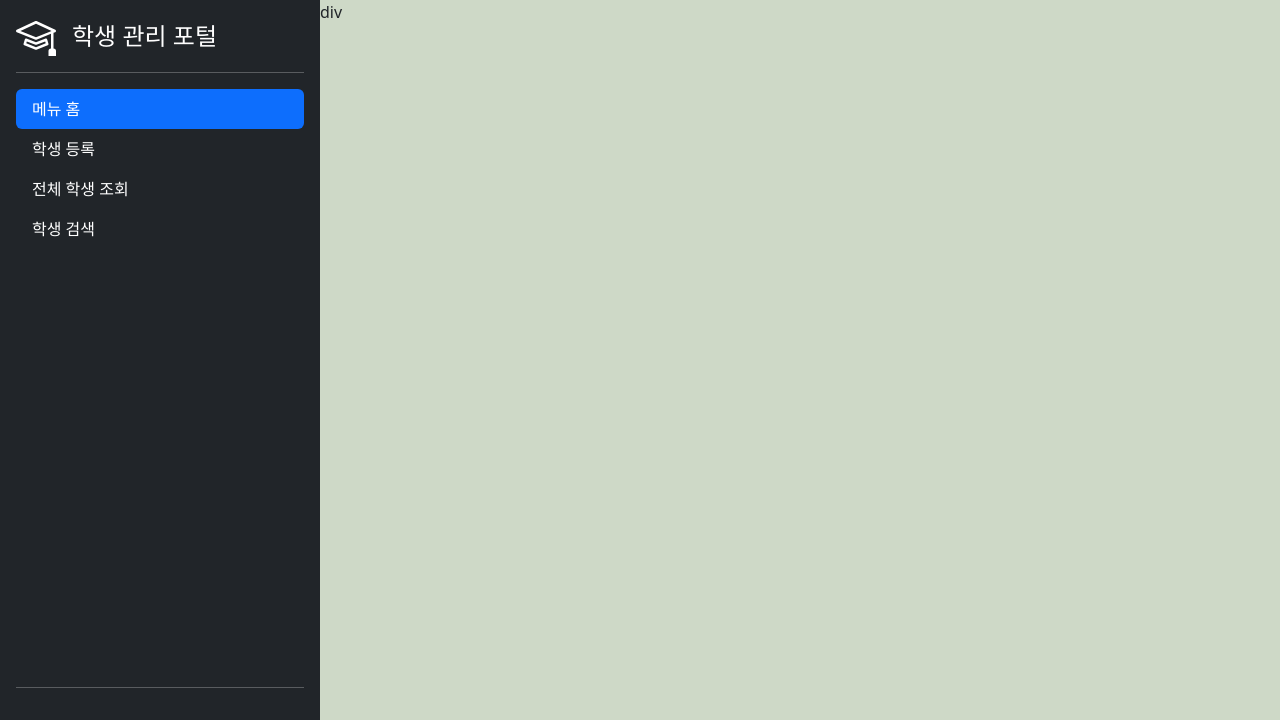
Repository: invisibleufo101/StudentManagementWeb
Page: HSW_Web/src/main/webapp/index.html
The author's editor kept a copy of each file at every save. The page is drawn from the files as they stood at one save, then again after the next save.
The browser window is 1280 px wide. The pictures show the whole page.

Above is the page before, as saved 2024-09-19 10:38:11.

### HSW_Web/src/main/webapp/index.html
<!DOCTYPE html>
<html>
<head>
	<meta charset="UTF-8">
	<meta name="viewport" content="width=device-width, initial-scale=1">
	<link rel="stylesheet" href="css/bootstrap.min.css" />
	<script defer src="js/bootstrap.bundle.min.js"></script>
	<link rel="icon" href="images/portal_icon.svg"/>
	<title>학생 관리 포털</title>
</head>
<body>
	<main class="d-flex flex-nowrap vh-100">
		<!-- Start of Navbar -->
		<nav class="d-flex flex-lg-column flex-md-column flex-row flex-shrink-0 p-3 text-bg-dark" style="width: 25vw;">
			<a href="/" class="d-flex justify-content-center align-items-center mb-3 mb-md-0 me-md-auto text-white text-decoration-none">
				<svg xmlns="http://www.w3.org/2000/svg" width="40" height="40" fill="currentColor" class="bi bi-mortarboard" viewBox="0 0 16 16">
				 	<path d="M8.211 2.047a.5.5 0 0 0-.422 0l-7.5 3.5a.5.5 0 0 0 .025.917l7.5 3a.5.5 0 0 0 .372 0L14 7.14V13a1 1 0 0 0-1 1v2h3v-2a1 1 0 0 0-1-1V6.739l.686-.275a.5.5 0 0 0 .025-.917zM8 8.46 1.758 5.965 8 3.052l6.242 2.913z"/>
				 	<path d="M4.176 9.032a.5.5 0 0 0-.656.327l-.5 1.7a.5.5 0 0 0 .294.605l4.5 1.8a.5.5 0 0 0 .372 0l4.5-1.8a.5.5 0 0 0 .294-.605l-.5-1.7a.5.5 0 0 0-.656-.327L8 10.466zm-.068 1.873.22-.748 3.496 1.311a.5.5 0 0 0 .352 0l3.496-1.311.22.748L8 12.46z"/>
				</svg>
				<span class="ms-3" style="font-size: 1.5rem;">학생 관리 포털</span>
			</a>
			<hr/>
			<ul class="d-inline-flex nav nav-pills flex-column mb-auto">
				<li class="nav-item">
					<a href="#" class="nav-link active">
						메뉴 홈
					</a>
				</li>
				<li>
					<a href="#" class="nav-link text-white">
						학생 등록
					</a>
				</li>
				<li>
					<a href="#" class="nav-link text-white">
						전체 학생 조회
					</a>
				</li>
				<li>
					<a href="#" class="nav-link text-white">
						학생 검색
					</a>
				</li>
			</ul>
			<hr/>
		</nav>
		<!-- End of Navbar -->
		<section style="width: 75vw; height: auto; background-color: #ced9c7;">
			div
		</section>
	</main>
</body>
</html>

Loaded but not shown: HSW_Web/src/main/webapp/css/bootstrap.min.css (library); HSW_Web/src/main/webapp/js/bootstrap.bundle.min.js (no copy from this time; the picture is the same without it)

After the next save:
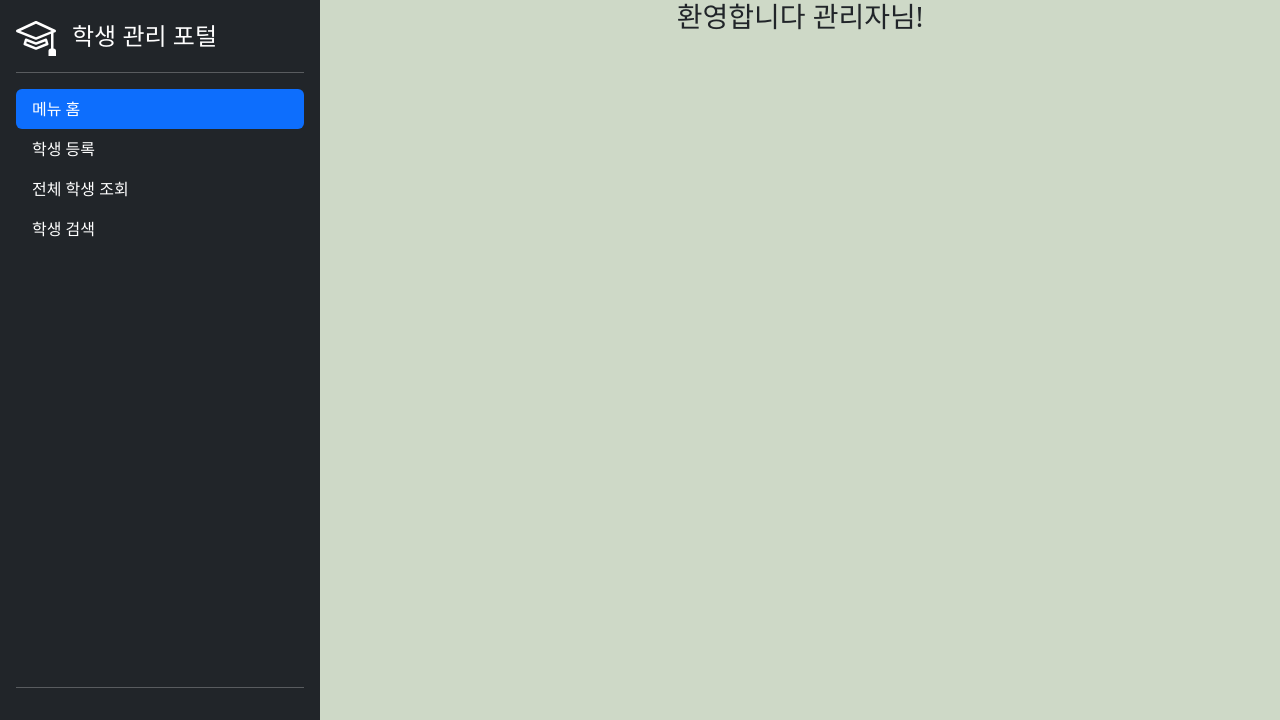
Saved 6 min 41 s later.
--- a/HSW_Web/src/main/webapp/index.html
+++ b/HSW_Web/src/main/webapp/index.html
@@ -46,7 +46,9 @@
 		</nav>
 		<!-- End of Navbar -->
 		<section style="width: 75vw; height: auto; background-color: #ced9c7;">
-			div
+			<div class="d-flex justify-content-center align-items-center">
+				<h3>환영합니다 관리자님!</h3>
+			</div>
 		</section>
 	</main>
 </body>
